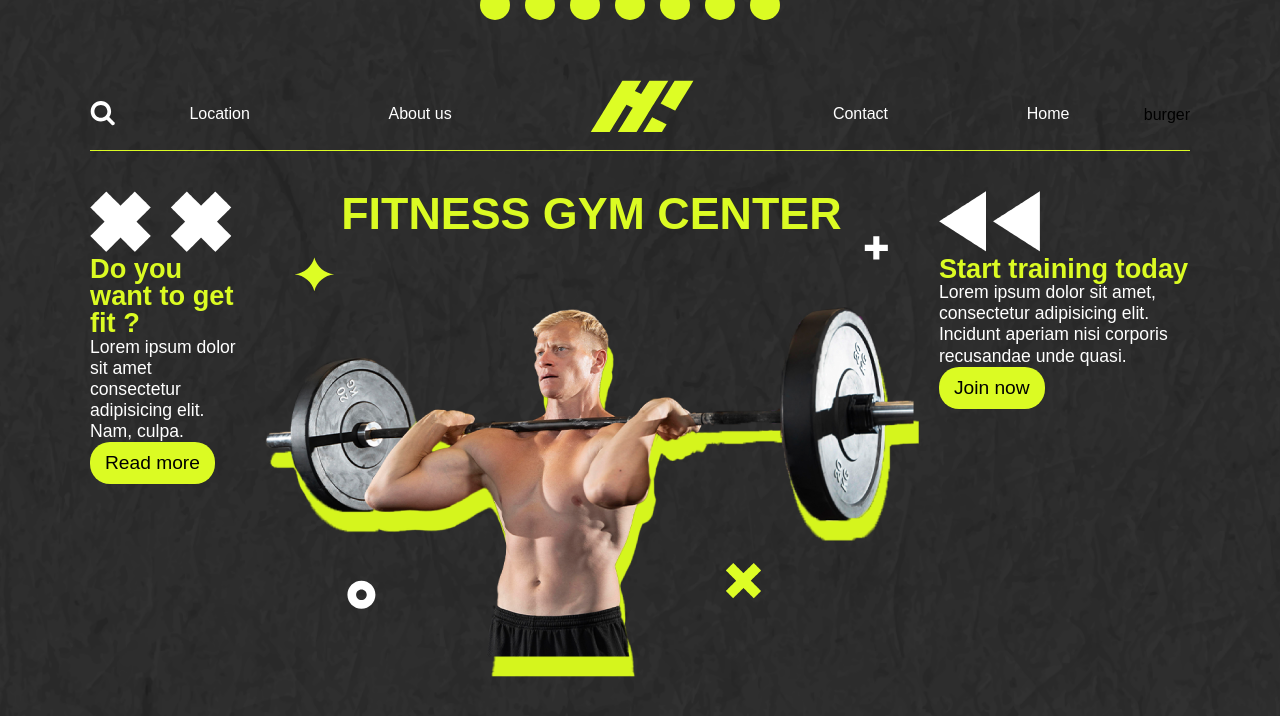
Repository: sem1103/fitness-test
Page: index.html
These files come from the project's save history. The page is drawn as it stood at one moment and after the next save; the edit follows.
The browser window is 1280 px wide. The pictures show the whole page.

Above is the page before, as saved 2023-11-03 18:46:32.

### index.html
<!DOCTYPE html>
<html lang="en">
<head>
    <meta charset="UTF-8">
    <meta name="viewport" content="width=device-width, initial-scale=1.0">
    <title>Fitness</title>
    <link rel="stylesheet" href="style/reset.css"/>
    <link rel="stylesheet" href="style/main.css"/>
</head>
<body>
    <div id="circles">
        <ul>
            <li></li>
            <li></li>
            <li></li>
            <li></li>
            <li></li>
            <li></li>
            <li></li>
        </ul>
    </div>
    <header class="container">
        <div id="search">
            <svg version="1.2" xmlns="http://www.w3.org/2000/svg" viewBox="0 0 25 25" width="25" height="25"><style>.a{fill:#fff}</style><path fill-rule="evenodd" class="a" d="m23 24.2c-0.5 0-1 0-1.4-0.5-4.9-4.9-4.9-4.9-4.9-4.9-1.9 1.2-3.7 1.6-5.8 1.6-5.6 0-10.2-4.4-10.2-10 0-5.8 4.6-10.3 10.2-10.3 5.6 0 10.2 4.5 10.2 10.3 0 1.9-0.7 4-1.9 5.6 4.9 5.1 4.9 5.1 4.9 5.1 0.5 0.3 0.7 0.7 0.7 1.2 0 1.2-0.9 1.9-1.8 1.9zm-12.1-20.3c-3.7 0-6.5 2.8-6.5 6.5 0 3.5 2.8 6.3 6.5 6.3 3.5 0 6.5-2.8 6.5-6.3 0-3.7-3-6.5-6.5-6.5z"/></svg>
        </div>
        <nav>
            <ul>
                <li><a href="">Location</a></li>
                <li><a href="">About us</a></li>
                <li><a href=""><img src="./img/logo.png" alt="Logo"></a></li>
                <li><a href="">Contact</a></li>
                <li><a href="">Home</a></li>
            </ul>
        </nav>
        <div id="burger__menu">burger</div>
    </header>
    <main>

        <div id="intro" class="container">
            <div class="side__section">
                <div class="img">
                    <img src="img/section-one.png" alt="">
                </div>
                <h2>Do you want
                    to get fit ?</h2>
                <p>Lorem ipsum dolor sit amet consectetur adipisicing elit. Nam, culpa.</p>
                <button>Read more</button>
            </div>
            <div class="main__section">
                <h1>FITNESS GYM
                    CENTER</h1>
                <img src="img/section-two.png" alt="">
            </div>
            <div class="side__section">
                <div class="img">
                    <img src="img/section-three.png" alt="">
                </div>
                <h2>Start training
                    today</h2>
                <p>Lorem ipsum dolor sit amet, consectetur adipisicing elit. Incidunt aperiam nisi corporis recusandae unde quasi.</p>
                <button>Join now</button>
            </div>
        </div>


    </main>
</body>
</html>

### style/reset.css
html, body, div, span, applet, object, iframe,
h1, h2, h3, h4, h5, h6, p, blockquote, pre,
a, abbr, acronym, address, big, cite, code,
del, dfn, em, img, ins, kbd, q, s, samp,
small, strike, strong, sub, sup, tt, var,
b, u, i, center,
dl, dt, dd, ol, ul, li,
fieldset, form, label, legend,
table, caption, tbody, tfoot, thead, tr, th, td,
article, aside, canvas, details, embed,
figure, figcaption, footer, header, hgroup,
menu, nav, output, ruby, section, summary,
time, mark, audio, video {
	margin: 0;
	padding: 0;
	border: 0;
	font-size: 100%;
	font: inherit;
	vertical-align: baseline;
}
/* HTML5 display-role reset for older browsers */
article, aside, details, figcaption, figure,
footer, header, hgroup, menu, nav, section {
	display: block;
}
body {
	line-height: 1;
	font-family: Arial, Helvetica, sans-serif;
}
ol, ul {
	list-style: none;
}
blockquote, q {
	quotes: none;
}
blockquote:before, blockquote:after,
q:before, q:after {
	content: '';
	content: none;
}
table {
	border-collapse: collapse;
	border-spacing: 0;
}
a{
	text-decoration: none;
}

### style/main.css
.container {
    max-width: 1100px;
    margin: auto;
}

body {
    background: url(./../img/background.png) center/cover;
    min-height: 100vh;
}

#circles ul {
    display: flex;
    flex-direction: row;
    width: 100%;
    justify-content: center;
    gap: 15px;
    margin: -10px;
}

#circles li {
    padding: 15px;
    border-radius: 50%;
    background-color: #dbfb23;
}

header {
    padding: 70px 0 0 0;
    border-bottom: 1px solid #dbfb23;
}

header,
nav ul {
    display: flex;
    flex-direction: row;
    justify-content: space-between;
    align-items: center;
}

nav {
    flex-basis: 80%;
}

nav ul {
    align-items: stretch;
}

nav li {
    display: flex;
    align-items: center;
    transition: all .3s ease-in-out;
    border-bottom: 2px solid transparent;
}
nav li:nth-child(3){
    margin: 0 0 15px 0;
    border: 0;
}
nav a {
    color: #fff;
}

nav li:hover {
    color: #dbfb23;
    transition: all .3s ease-in-out;
    border-color: #fff;
}
h1{
    font-size: 2.8rem;
    font-weight: 900;
    color: #dbfb23;
    text-align: center;
}
h2{
    color: #dbfb23;
    font-size: 1.7rem;
    font-weight: 600;
}
#intro{
    display: flex;
    flex-direction: row;
    padding: 40px 10px;
    gap: 20px;
}
#intro p{
    color: #fff;
    font-size: 1.1rem;
    line-height: 1.2;
}

#intro button{
    border: 0;
    outline: 0;
    padding: 10px 15px;
    background-color: #dbfb23;
    border-radius: 20px;
    font-size: 1.2rem;
    cursor: pointer;
}

After the next save:
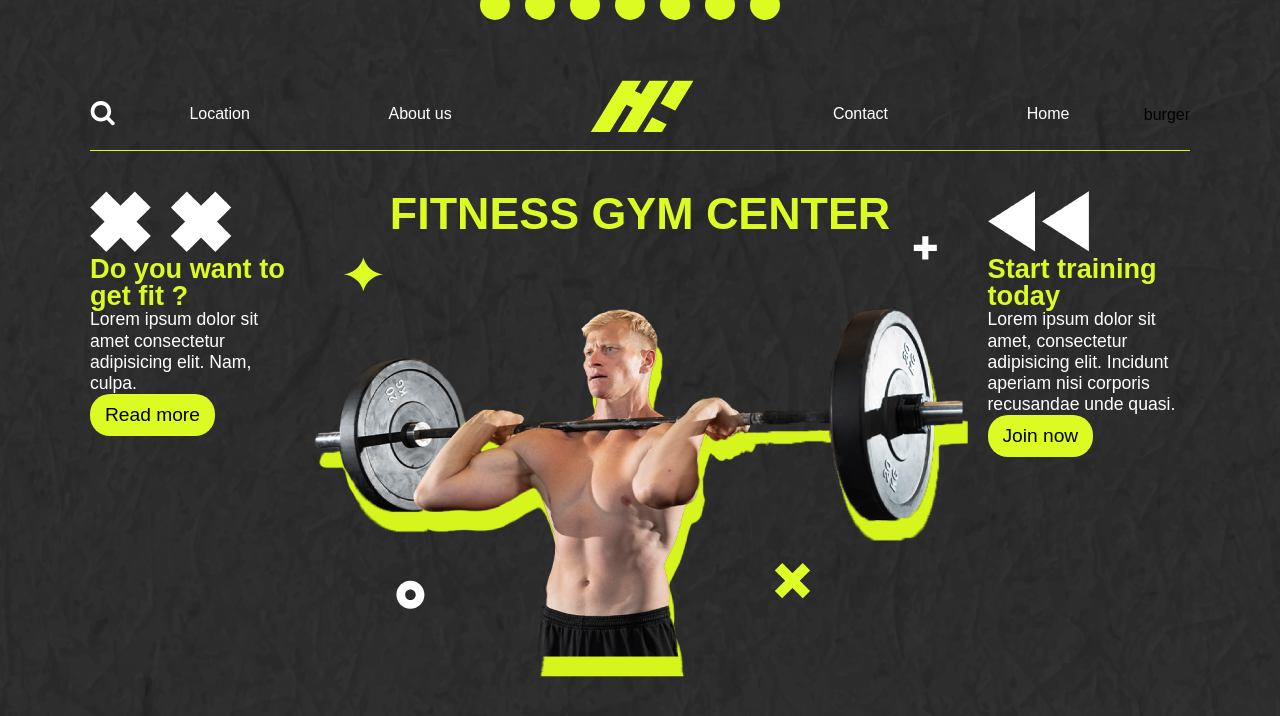
Saved 27 s later.
--- a/style/main.css
+++ b/style/main.css
@@ -95,3 +95,6 @@
     font-size: 1.2rem;
     cursor: pointer;
 }
+.side__section{
+    flex-basis: 25%;
+}
